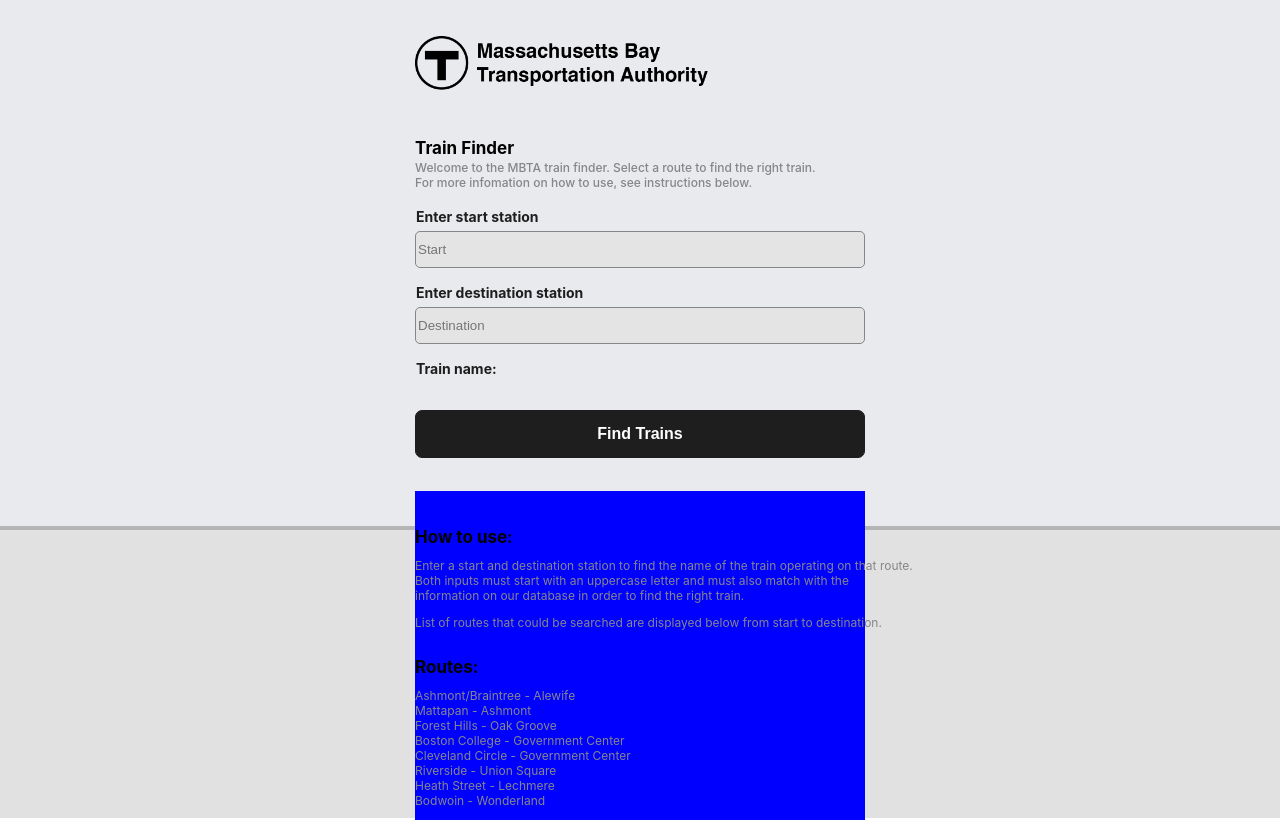
Repository: jumadesigns/mbta-train-finder
Page: / (app in mbta-app/)
An editor plug-in stored every save of this project. The page is shown before and after a run of saves, followed by the edit.
The browser window is 1280 px wide. The pictures show the whole page.
The page's requests for data from a server got no answer. The project was rebuilt for these pictures with package versions that can differ from the ones it lists, and the page was loaded fresh each time. No one was signed in, and anything a server would have sent is missing.

Above is the page before, as saved 2022-09-26 22:01:13.

After the next 2 saves:
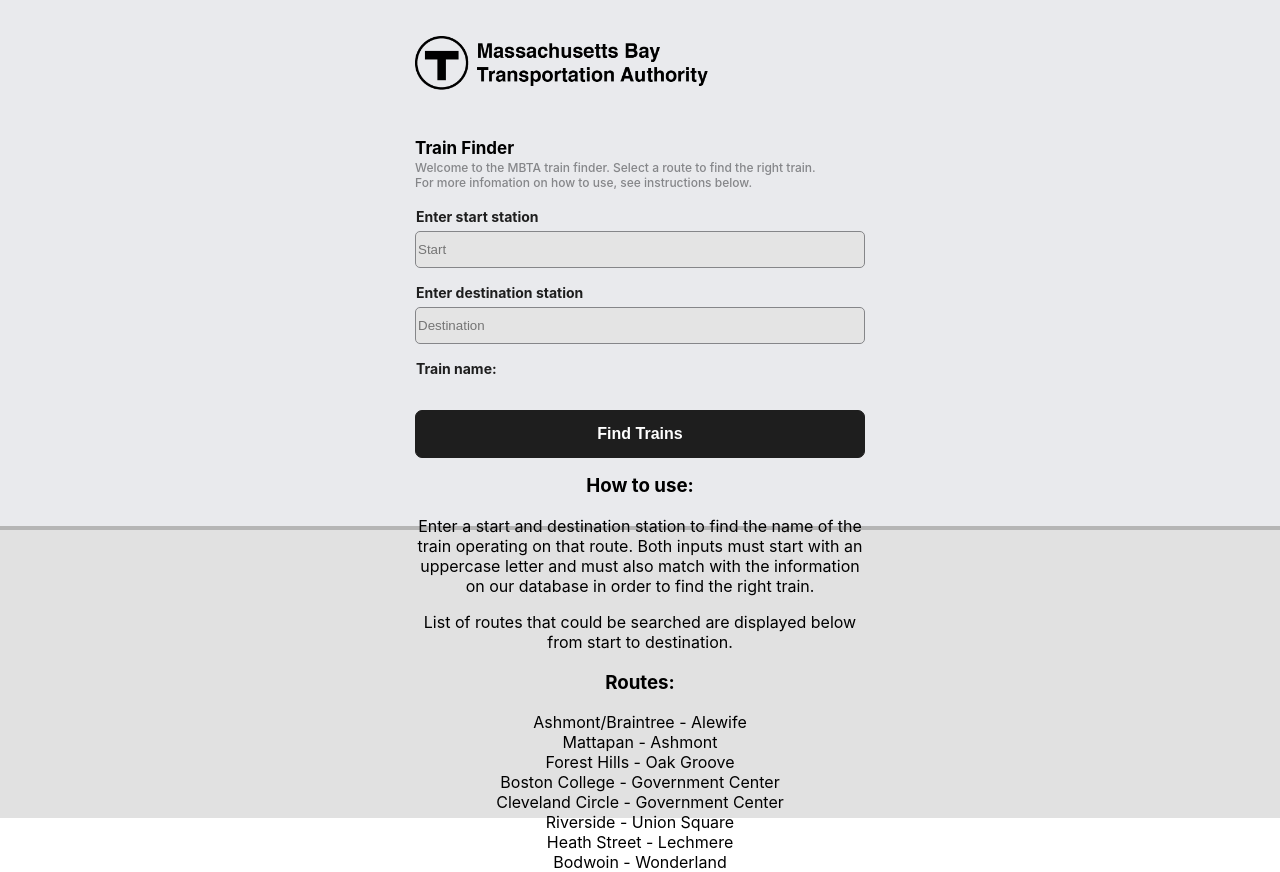
The 2 saves are shown as one change because they came seconds apart.
The last was saved 31 s later.
--- a/mbta-app/src/index.css
+++ b/mbta-app/src/index.css
@@ -130,7 +130,7 @@
   height: 400px;
   width: 450px;
   margin-top: -5vh;
-  background-color: blue;
+  /*background-color: blue;
 }
 
 .bottom-section-title-1 {
